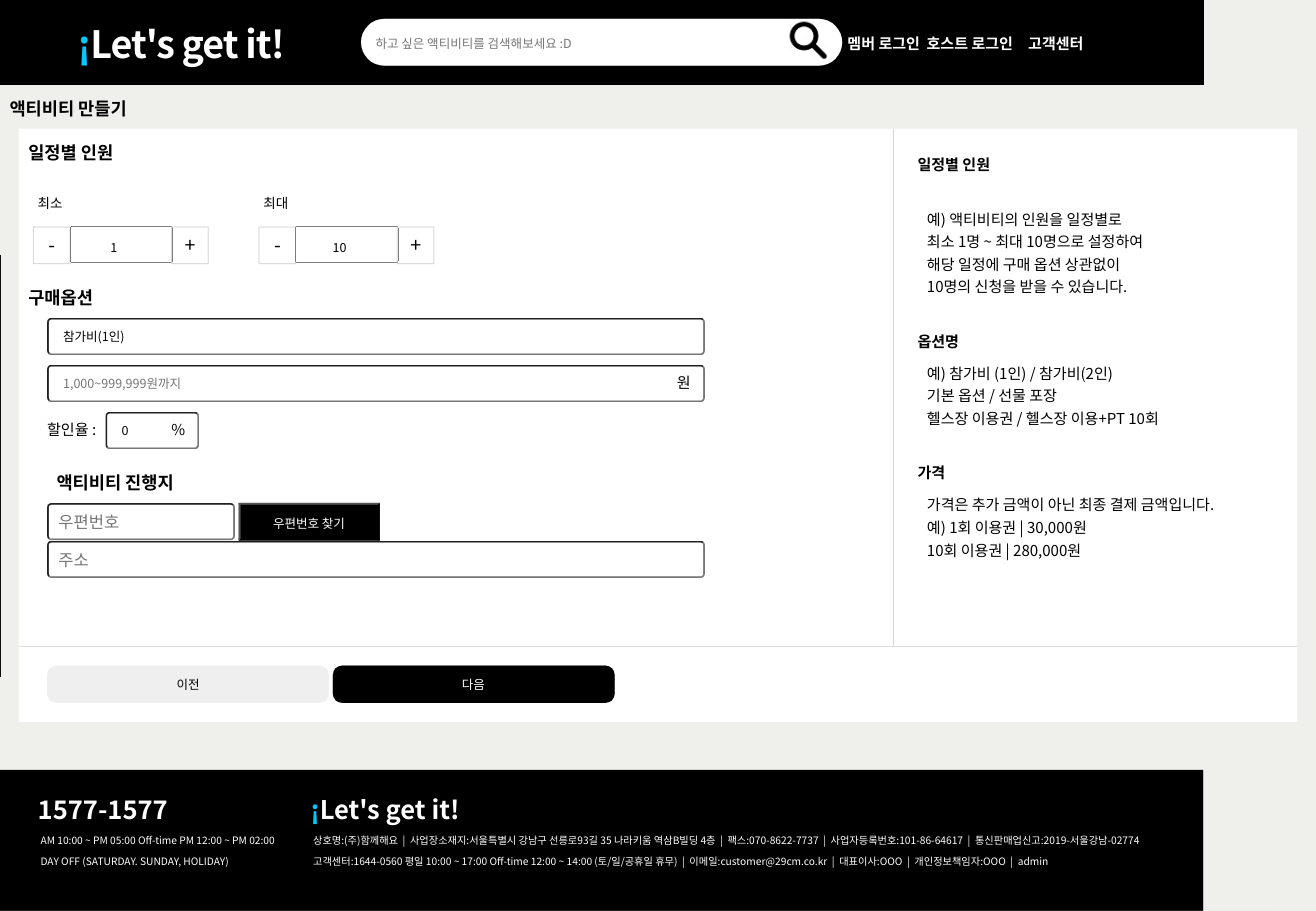
Repository: KiHyo-Tak/2stTeam
Page: http://localhost/2nd_Project_LetsGetIt/WEB-INF/views/activity/memberCntForm.jsp
An editor plug-in stored every save of this project. The page is shown before and after the next save, followed by the edit.
The browser window is 1280 px wide. The page is 1400 px wide, so the pictures cover 1400 px, including what lies to the right of the window. The pictures show the whole page, at 94% of full size.
Some web fonts or font styles are not loaded; a fallback is used. The page is served by Tomcat 9. Nobody is signed in. The template is opened directly, without the code that normally fills it, so the values that code supplies are empty.

Above is the page before, as saved 2020-04-29 06:13:29.

After the next save:
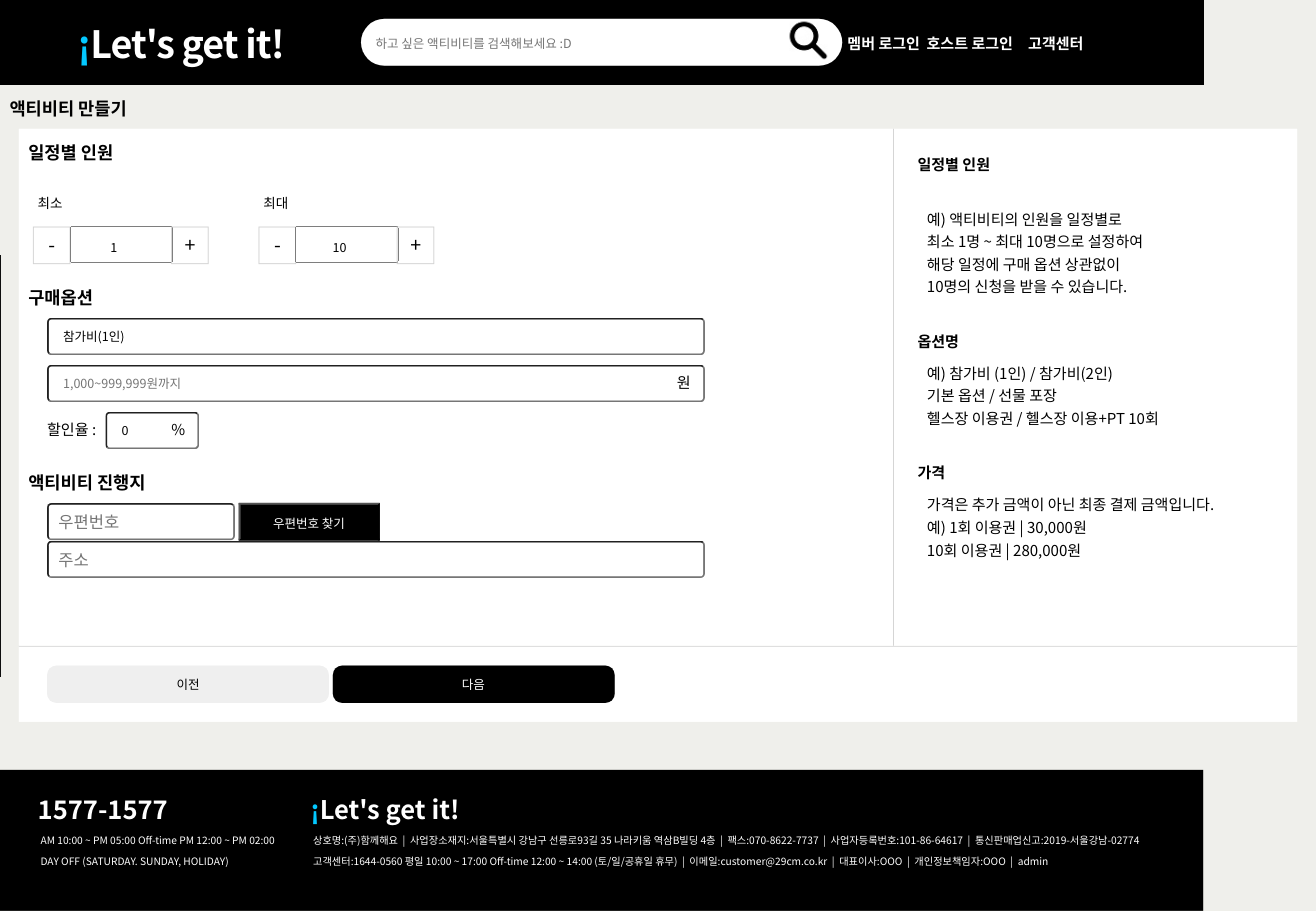
Saved 31 s later.
--- a/2nd_Project_LetsGetIt/src/main/webapp/css/memberCntForm.css
+++ b/2nd_Project_LetsGetIt/src/main/webapp/css/memberCntForm.css
@@ -68,9 +68,6 @@ body {
 	#memberCnt #left .clear #num {
 		margin-left:30px;
 	}
-	#memberCnt #left #address {
-		margin-left:30px;
-	}
 	#memberCnt #left #address #sample6_postcode {
 		width:200px;
 		height:40px;
@@ -78,6 +75,7 @@ body {
 		font-size:1.1em;
 		padding-left:10px;
 		border-radius:5px;
+		margin-left:30px;
 	}
 	#memberCnt #left #address #sample6_address {
 		width:700px;
@@ -86,6 +84,7 @@ body {
 		font-size:1.1em;
 		padding-left:10px;
 		border-radius:5px;
+		margin-left:30px;
 	}
 	#memberCnt #left #address input[type=button] {
 		width:150px;
